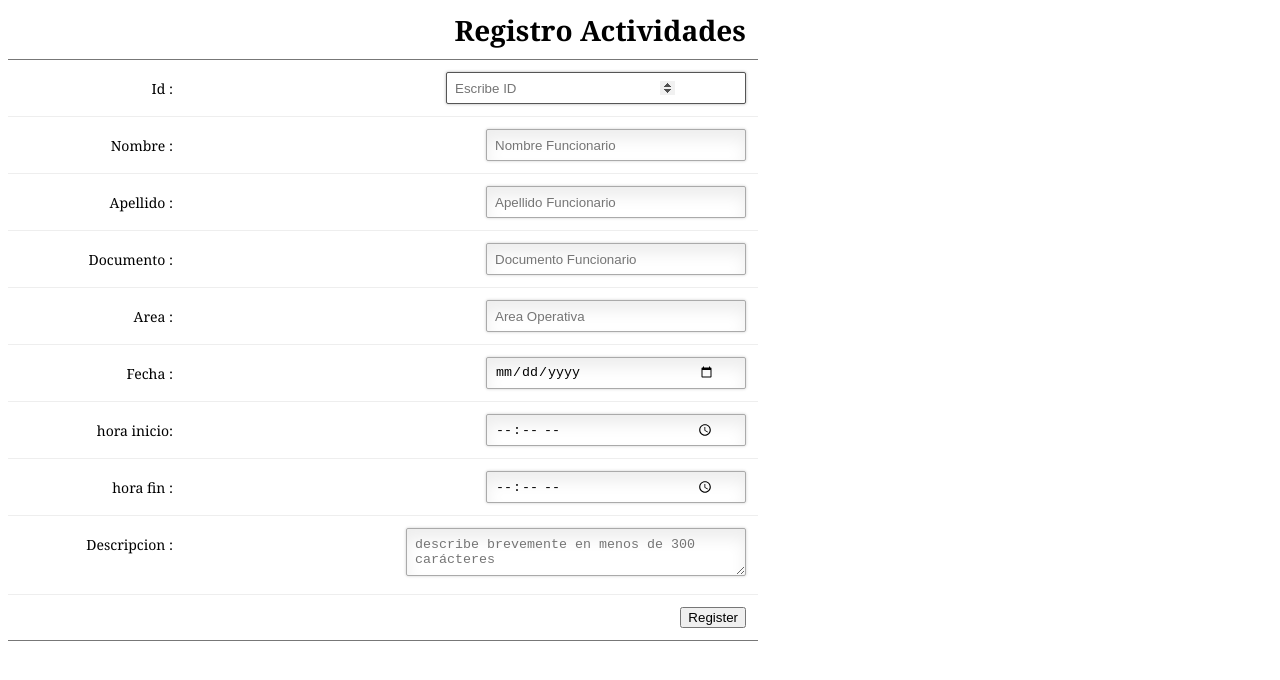
Repository: Yale2024/repo-registro-act
Page: templates/register.html
These files come from the project's save history. The page is drawn as it stood at one moment and after the next save; the edit follows.
The browser window is 1280 px wide. The pictures show the whole page.
The first visible `.contact_form input` has the focus.

Above is the page before, as saved 2024-09-15 08:31:30.

### templates/register.html
<!DOCTYPE html>
<html lang="en">

<head>
    <meta charset="UTF-8">
    <meta name="viewport" content="width=device-width, initial-scale=1.0">
    <link rel="stylesheet" href="static/css/styleRegister.css">
    <script src="static/js/appRegister.js"></script>
    <title>Web App</title>
</head>
<body></body>

    <form class="contact_form" action="/register_user" method="POST" align="right" >
    <!-- <form method="POST"> -->
        <div>
            <ul>
                <li>
                    <h1>Registro Actividades</h1>
                </li>
                <li>
                    <label for="id">Id :</label>
                    <input type="number"  size="30" name="id" id="Id" placeholder="Escribe ID" required /> <br>
                </li>
                <li>
                    <label for="nombre">Nombre :</label>
                    <input type="text" size="30" name="nombre" id="nombre" placeholder="Nombre Funcionario" required /> <br>
                </li>
                <li>
                    <label for="apellido">Apellido :</label>
                    <input type="text" size="30" name="apellido" id="apellido" placeholder="Apellido Funcionario" required /> <br>
                </li>
                <li>
                    <label for="documento">Documento  :</label>
                    <input type="number" size="30" name="documento" id="documento" placeholder="Documento Funcionario" required /> <br>
                </li>
                <li>
                    <label for="are">Area      :</label>
                    <input type ="text" size="30" name="area" id="area" placeholder="Area Operativa" required /> <br>
                </li>
                <li>
                    <label for="fecha">Fecha     :</label>
                    <input type ="date" size="30" name="fecha" id="fecha" placeholder="AAAA-MM-DD" required /> <br>
                </li>
                <li>
                    <label for="horai">hora inicio:</label>
                    <input type ="time" size="30" name="horai" id="horai" placeholder="hh:mm" required /> <br>
                </li>
                <li>
                    <label for="horaf">hora fin  :</label>
                    <input type ="time" size="30" name="horaf" id="horaf" placeholder="hh:mm" required /> <br>
                </li>
                <li>
                    <label for="mensaje">Descripcion   :</label>
                    <textarea name="descripcion" size="300" for="descripcion" placeholder="describe brevemente en menos de 300 carácteres" maxlength="300"></textarea> <br>
                </li>
                <li>
                    <button>Register</button>
                </li>
            </ul>
        </div>
        <!-- <button onclick="register_user()">Register</button> -->
        <!-- <input type="submit" name="enviar" value="enviar datos"/> -->
    </form>
</body>

### static/css/styleRegister.css
/* form{
    text-align: center;
    font-size: 30px;
}
/*
body{
    background-color: #f7bb6dea;
}

button{
    background-color: black;
    color: white;
    font-size:  20px;
} */
 /* === Remove input autofocus webkit === */
*:focus {
    outline: none;
}

/* === Form Typography === */
body {
    font: 14px/21px "Lucida Sans", "Lucida Grande", "Lucida Sans Unicode", sans-serif;
}

.contact_form h1, .contact_form label {
    font-family: Georgia, Times, "Times New Roman", serif;
}

.form_hint, .required_notification {
    font-size: 11px;
}

/* === List Styles === */
.contact_form ul {
    width: 750px;
    list-style-type: none;
    list-style-position: outside;
    margin: 0px;
    padding: 0px;
}

.contact_form li {
    padding: 12px;
    border-bottom: 1px solid #eee;
    position: relative;
}

    .contact_form li:first-child, .contact_form li:last-child {
        border-bottom: 1px solid #777;
    }

/* === Form Header === */
.contact_form h1 {
    margin: 0;
    display: inline;
}

.required_notification {
    color: #d45252;
    margin: 5px 0 0 0;
    display: inline;
    float: right;
}

/* === Form Elements === */
.contact_form label {
    width: 150px;
    margin-top: 3px;
    display: inline-block;
    float: left;
    padding: 3px;
}

.contact_form input {
    height: 20px;
    width: 220px;
    padding: 5px 8px;
}

.contact_form textarea {
    padding: 8px;
    width: 300px;
}

.contact_form button {
    margin-left: 156px;
}

/* form element visual styles */
.contact_form input, .contact_form textarea {
    border: 1px solid #aaa;
    box-shadow: 0px 0px 3px #ccc, 0 10px 15px #eee inset;
    border-radius: 2px;
    padding-right: 30px;
    -moz-transition: padding .25s;
    -webkit-transition: padding .25s;
    -o-transition: padding .25s;
    transition: padding .25s;
}

    .contact_form input:focus, .contact_form textarea:focus {
        background: #fff;
        border: 1px solid #555;
        box-shadow: 0 0 3px #aaa;
        padding-right: 70px;
    }

### static/js/appRegister.js
function register_user() {
    location.href= '/register_user'
}

After the next save:
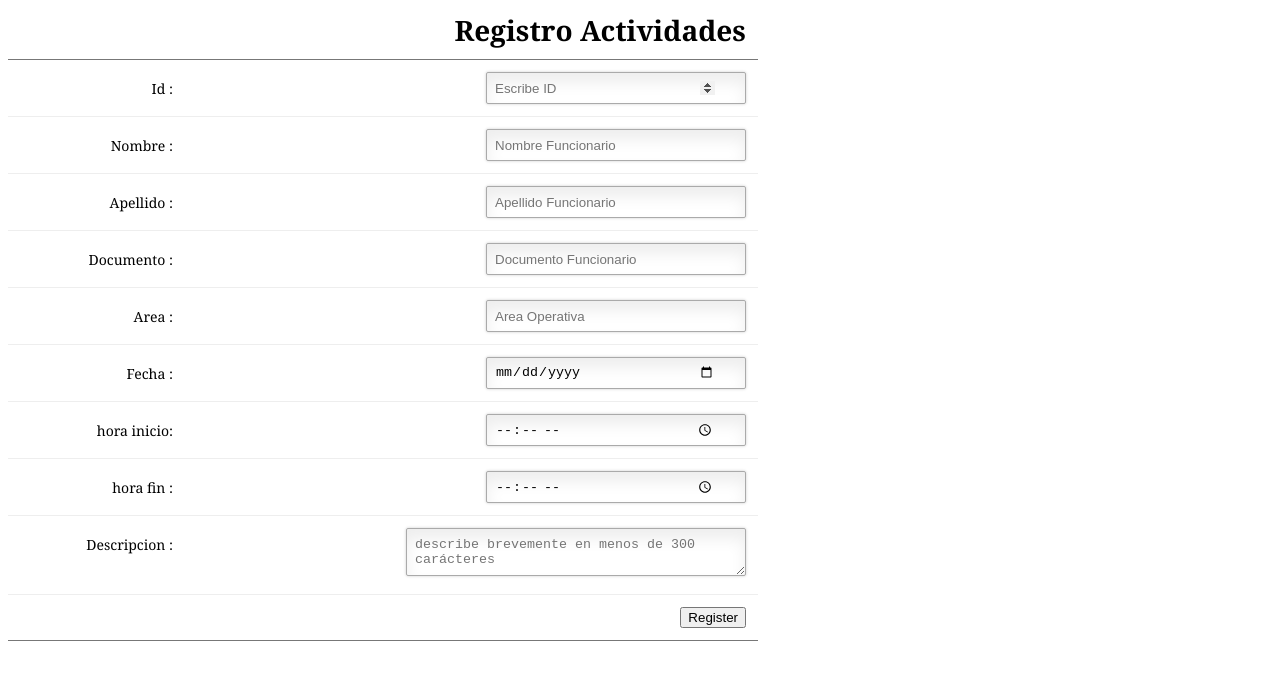
Saved 36 s later.
--- a/static/css/styleRegister.css
+++ b/static/css/styleRegister.css
@@ -97,10 +97,3 @@ body {
     -o-transition: padding .25s;
     transition: padding .25s;
 }
-
-    .contact_form input:focus, .contact_form textarea:focus {
-        background: #fff;
-        border: 1px solid #555;
-        box-shadow: 0 0 3px #aaa;
-        padding-right: 70px;
-    }
